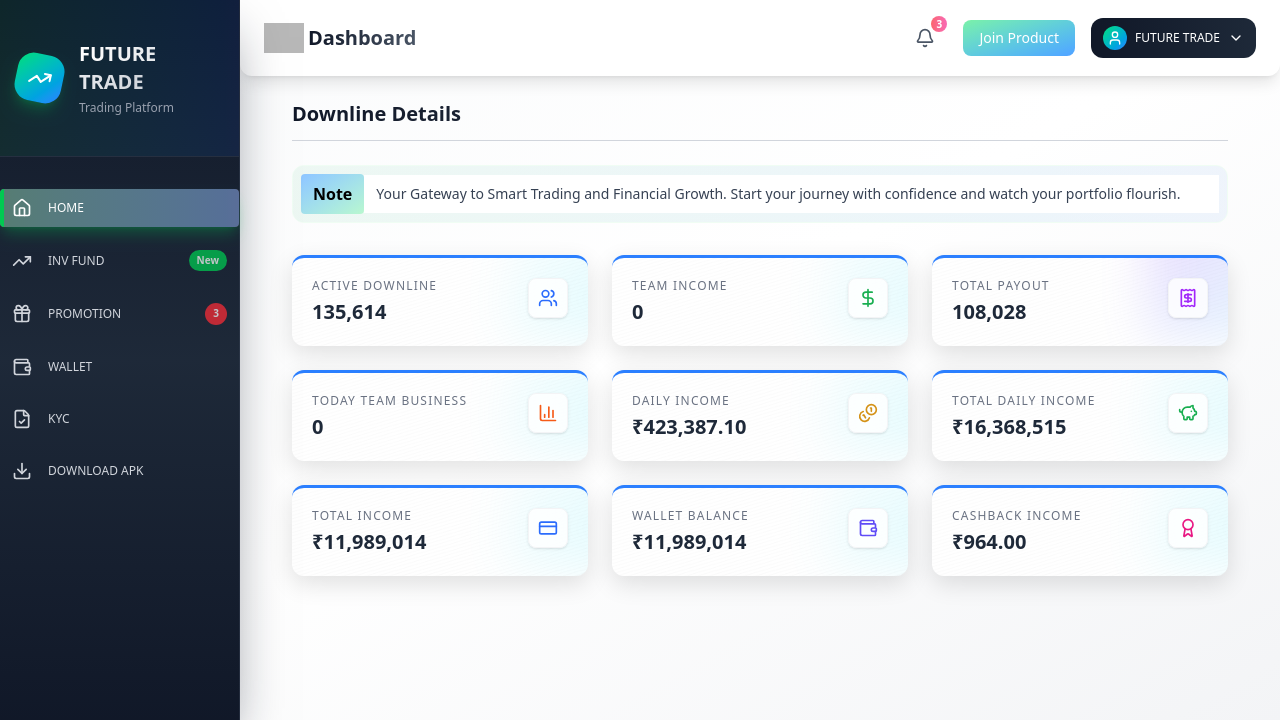
Repository: GauraVPandeyyy/Trade
Page: /
These files come from the project's save history. The page is drawn as it stood at one moment and after the next save; the edit follows.
The browser window is 1280 px wide. The pictures show the whole page.
Pictures or frames that could not be fetched are drawn as grey boxes. The project was rebuilt for these pictures with package versions that can differ from the ones it lists, and the page was loaded fresh each time. Some packages were replaced by stand-ins written for this rebuild. Also part of the build but not shown: vite.config.js, src/App.jsx, src/pages/InvFund.jsx, src/pages/Promotion.jsx, src/pages/Wallet.jsx, src/pages/Kyc.jsx, src/pages/DownloadApk.jsx.

Above is the page before, as saved 2025-08-04 10:48:35.

After the next save:
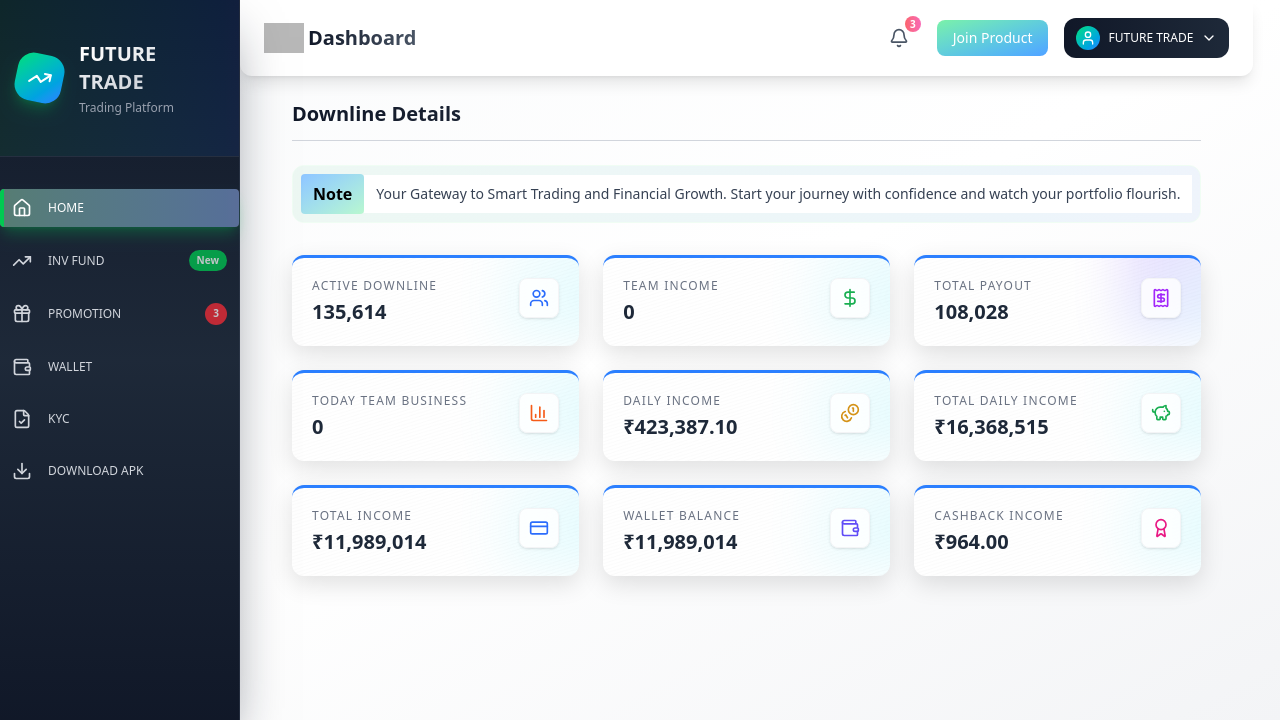
Saved 16 s later.
--- a/src/pages/Dashboard.jsx
+++ b/src/pages/Dashboard.jsx
@@ -37,7 +37,7 @@
       <Sidebar isOpen={isOpen} onClose={close} isMobile={isMobile} />
 
       {/* Main Content */}
-      <div className={`flex-2/3 flex flex-col transition-all duration-300 ${!isMobile ? 'ml-0' : ''}`}>
+      <div className={`flex- flex flex-col transition-all duration-300 ${!isMobile ? 'ml-0' : ''}`}>
         {/* Header */}
         <Header onMenuClick={toggle} isMobile={isMobile} />
 

After the save that followed:
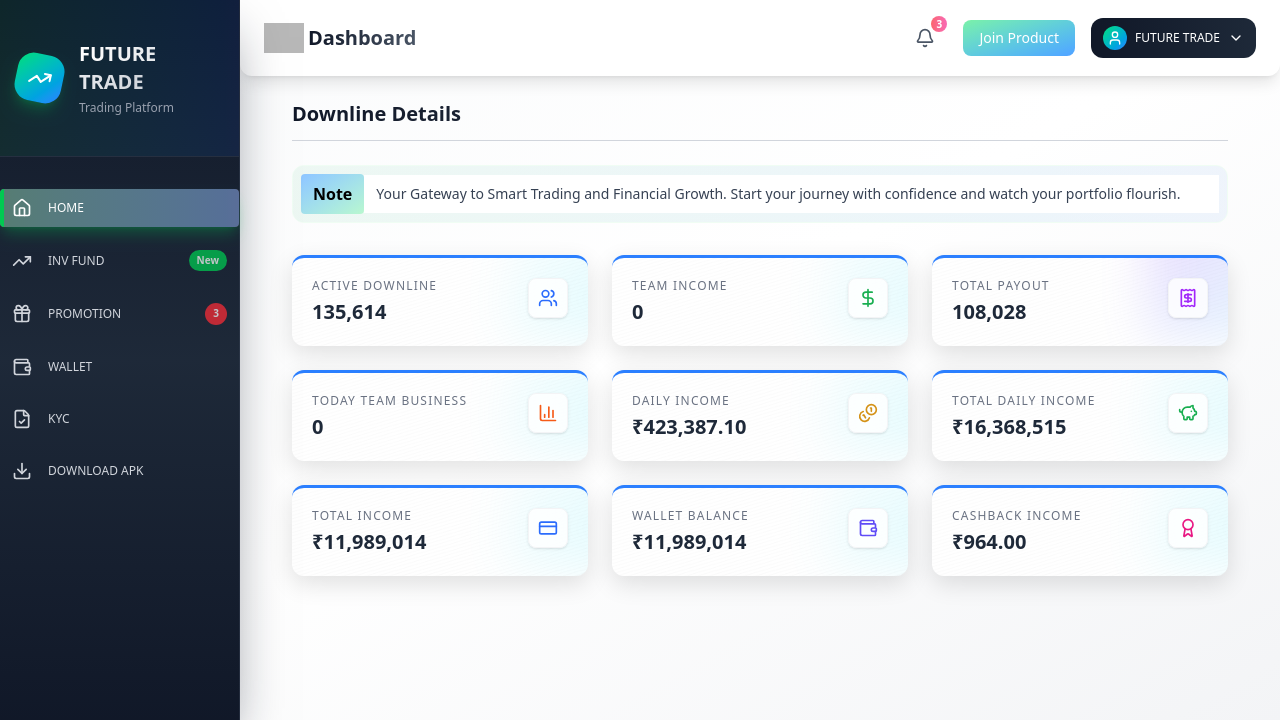
Saved 8 s later.
--- a/src/pages/Dashboard.jsx
+++ b/src/pages/Dashboard.jsx
@@ -37,7 +37,7 @@
       <Sidebar isOpen={isOpen} onClose={close} isMobile={isMobile} />
 
       {/* Main Content */}
-      <div className={`flex- flex flex-col transition-all duration-300 ${!isMobile ? 'ml-0' : ''}`}>
+      <div className={`flex-auto flex flex-col transition-all duration-300 ${!isMobile ? 'ml-0' : ''}`}>
         {/* Header */}
         <Header onMenuClick={toggle} isMobile={isMobile} />
 
